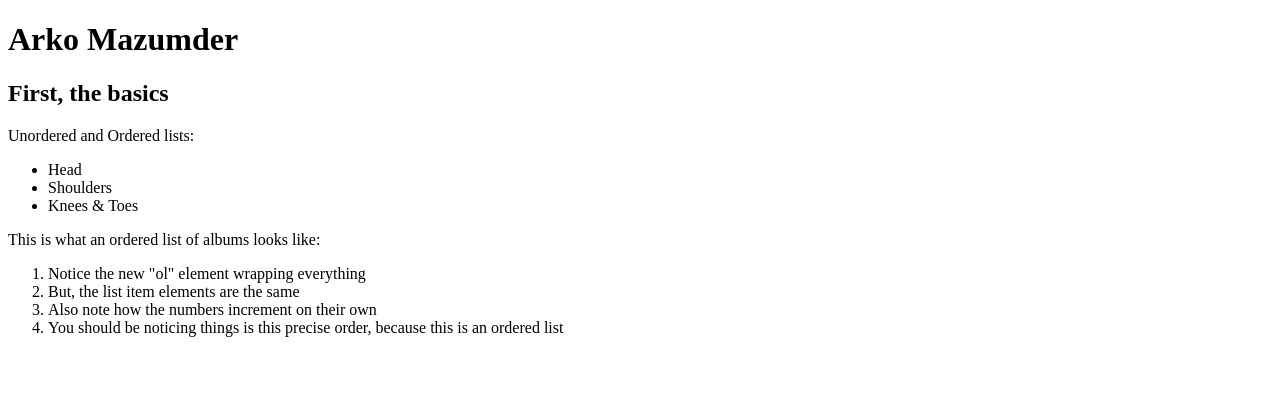
Repository: arkomz/INST377-Lab-Work
Page: client/lab_1/index.html
These files come from the project's save history. The page is drawn as it stood at one moment and after the next save; the edit follows.
The browser window is 1280 px wide. The pictures show the whole page.

Above is the page before, as saved 2021-09-03 18:35:12.

After the next save:
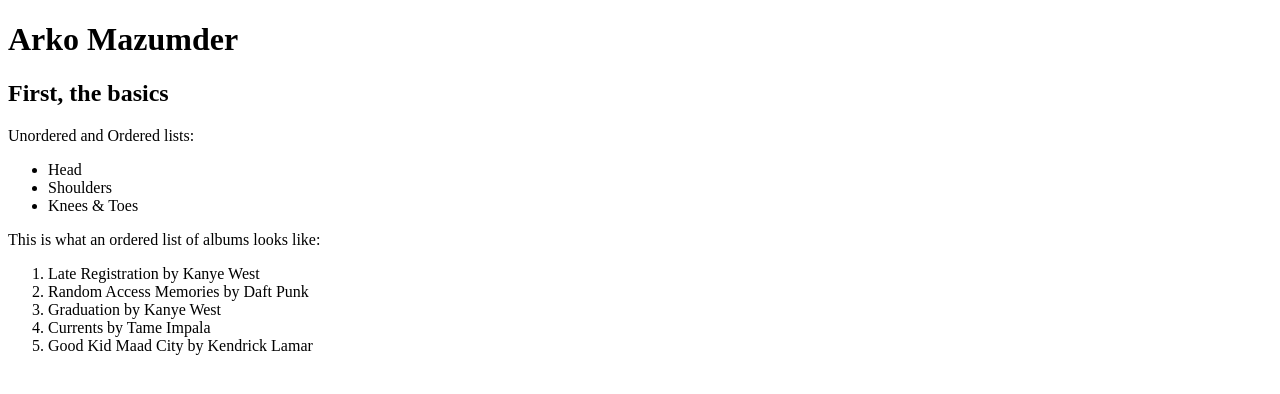
Saved 84 s later.
--- a/client/lab_1/index.html
+++ b/client/lab_1/index.html
@@ -19,11 +19,11 @@
       <p>This is what an ordered list of albums looks like:</p>
 
       <ol>
-        <li>Notice the new "ol" element wrapping everything</li>
-        <li>But, the list item elements are the same</li>
-        <li>Also note how the numbers increment on their own</li>
-        <li>You should be noticing things is this precise order, because this is
-            an ordered list</li>
+        <li>Late Registration by Kanye West</li>
+        <li>Random Access Memories by Daft Punk</li>
+        <li>Graduation by Kanye West</li>
+        <li>Currents by Tame Impala</li>
+        <li>Good Kid Maad City by Kendrick Lamar</li>
       </ol>
 
   </body>
